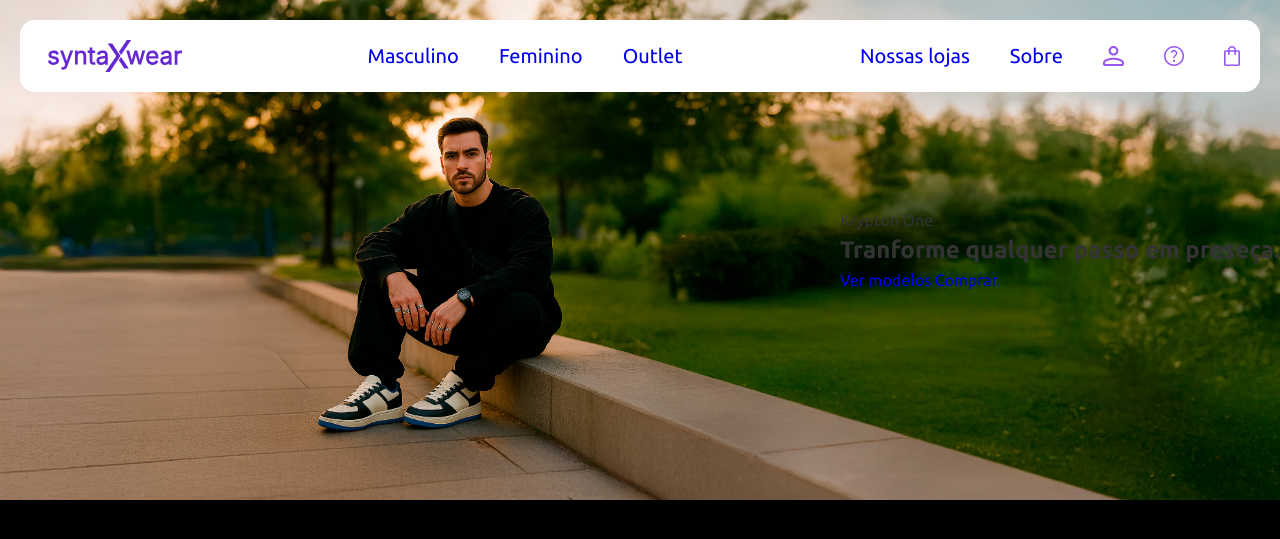
Repository: caique2512/ecommerce-syntaxwear
Page: index.html
An editor plug-in stored every save of this project. The page is shown before and after the next save, followed by the edit.
The browser window is 1280 px wide. The pictures show the whole page.

Above is the page before, as saved 2026-02-20 15:52:25.

### index.html
<!doctype html>
<html lang="pt-BR">
  <head>
    <meta charset="UTF-8" />
    <meta name="viewport" content="width=device-width, initial-scale=1.0" />
    <meta name="description" content="SyntaxWear - Loja de tênis online" />
    <title>SyntaxWear - Tênis e Sneakers Online</title>
    <link rel="stylesheet" href="./css/base/reset.css" />
    <link rel="stylesheet" href="./css/base/style.css" />
    <link rel="stylesheet" href="./css/base/variables.css" />

    <link rel="stylesheet" href="./css/components/header.css" />
    <link rel="stylesheet" href="./css/components/hero.css" />
  </head>
  <body>
    <!-- Header com Logo e Navegação -->
    <header class="header">
      <h1 class="logo">
        <a href="/" title="SyntaxWear - Tênis e Sneakers Online">
          <img
            src="./images/logo/logo.svg"
            alt="SyntaxWear - Tênis e Sneakers Online"
          />
        </a>
      </h1>
      <nav class="nav-center" aria-label="Categorias Principais">
        <ul>
          <li><a href="#">Masculino</a></li>
          <li><a href="#">Feminino</a></li>
          <li><a href="#">Outlet</a></li>
        </ul>
      </nav>

      <nav class="nav-right" aria-label="Menu Secundário">
        <ul>
          <li><a href="#">Nossas lojas</a></li>
          <li><a href="#">Sobre</a></li>
          <li>
            <a href="#" aria-label="Minha conta">
              <img src="./images/icons/user.svg" alt="Minha conta" />
            </a>
          </li>
          <li>
            <a href="#" aria-label="Ajuda">
              <img src="./images/icons/help.svg" alt="Ajuda" />
            </a>
          </li>
          <li>
            <a href="#" aria-label="Carrinho">
              <img src="./images/icons/bag.svg" alt="Carrinho" />
            </a>
          </li>
        </ul>
      </nav>
    </header>
    <main>
      <section class="hero">
        <div class="hero-overlay">
          <div class="hero-content">
            <span class="hero-subtitle">Krypton One</span>
            <h2 class="hero-title">Tranforme qualquer passo em preseça.</h2>
            <div class="hero-buttons">
              <a class="btn btn-outiline" href="#">Ver modelos</a>
              <a class="btn btn-filled" href="#">Comprar</a>
            </div>
          </div>
        </div>
      </section>
      <!-- Seção de Categorias de Tênis -->
      <section class="categories"></section>
      <!-- Seção de Produtos em Destaque -->
      <section class="featured-products"></section>
    </main>

    <!-- Footer -->
    <footer class="footer"></footer>

    <script src="js/main.js"></script>
  </body>
</html>

### css/base/reset.css
/* Reset baseado em Andy Bell - Modern CSS Reset */

/* Remove default margins e paddings */
*,
*::before,
*::after {
    margin: 0;
    padding: 0;
    box-sizing: border-box;
}

/* Remove default list styles */
ul[role="list"],
ol[role="list"] {
    list-style: none;
}

/* Body defaults */
body {
    min-height: 100vh;
    text-rendering: optimizeSpeed;
    line-height: 1.5;
}

/* Make images easier to work with */
img,
picture {
    max-width: 100%;
    display: block;
}

/* Inherit fonts for inputs and buttons */
input,
button,
textarea,
select {
    font: inherit;
}

/* Remove animations for people that prefer not to see them */
@media (prefers-reduced-motion: reduce) {
    *,
    *::before,
    *::after {
        animation-duration: 0.01ms !important;
        animation-iteration-count: 1 !important;
        transition-duration: 0.01ms !important;
        scroll-behavior: auto !important;
    }
}

/* A elements that don't have a class get default styles */
a:not([class]) {
    text-decoration-skip-ink: auto;
}

a {
    text-decoration: none;
}

ul,ol{
    list-style: none;
}
/* Remove all animations, transitions and smooth scroll for people that prefer not to see them */
@media (prefers-reduced-motion: reduce) {
    html:focus-within {
        scroll-behavior: auto;
    }

    *,
    *::before,
    *::after {
        animation-duration: 0.01ms !important;
        animation-iteration-count: 1 !important;
        transition-duration: 0.01ms !important;
    }
}

### css/base/style.css
body {
    font-family: var(--fonte-principal);
    color: #333333;
    background-color: black;
}

### css/base/variables.css
@import url('https://fonts.googleapis.com/css2?family=Ubuntu:ital,wght@0,300;0,400;0,500;0,700;1,300;1,400;1,500;1,700&display=swap');

:root {
    --fonte-principal: 'Ubuntu', sans-serif;
}

### css/components/header.css
.header {
    position: fixed;
    top: 20px;
    left: 50%;
    transform: translate(-50%);
    width: calc(100% - 40px);
    border-radius: 15px;
    z-index: 999;
    display: flex;
    justify-content: space-between;
    align-items: center;
    padding: 12px 20px;
    background-color: white;
}

.logo img {
    height: 48px;
}

.nav-center ul {
    display: flex;
    gap: 2.5rem;
}

.nav-center a, .nav-right {
    font-size: 1.25rem;
}

.nav-center a:hover, .nav-right:hover {
    color: #7c3aed;
}

.nav-right ul {
    display: flex;
    gap: 2.5rem;
    align-items: center;
}

.nav-right img {
    height: 20px;
}

.nav-right a:hover img {
    opacity: 0.7;
}

### css/components/hero.css
.hero {
    background: url(../../images/banners/hero.jpg) no-repeat center;
    background-size: cover;
    height: 500px;
    position: relative;
}

.hero-overlay {
    width: 100%;
    height: 100%;
    display: flex;
    align-items: center;
    justify-content: flex-end;
    padding: 0px;
}

.hero-content {

}

### js/main.js
/* ===================================
   MAIN.JS - Inicializações globais
   =================================== */

console.log('SyntaxWear - E-commerce carregado com sucesso');

// Suas inicializações globais aqui
// Exemplo: inicializar menu, carrinho, etc.

After the next save:
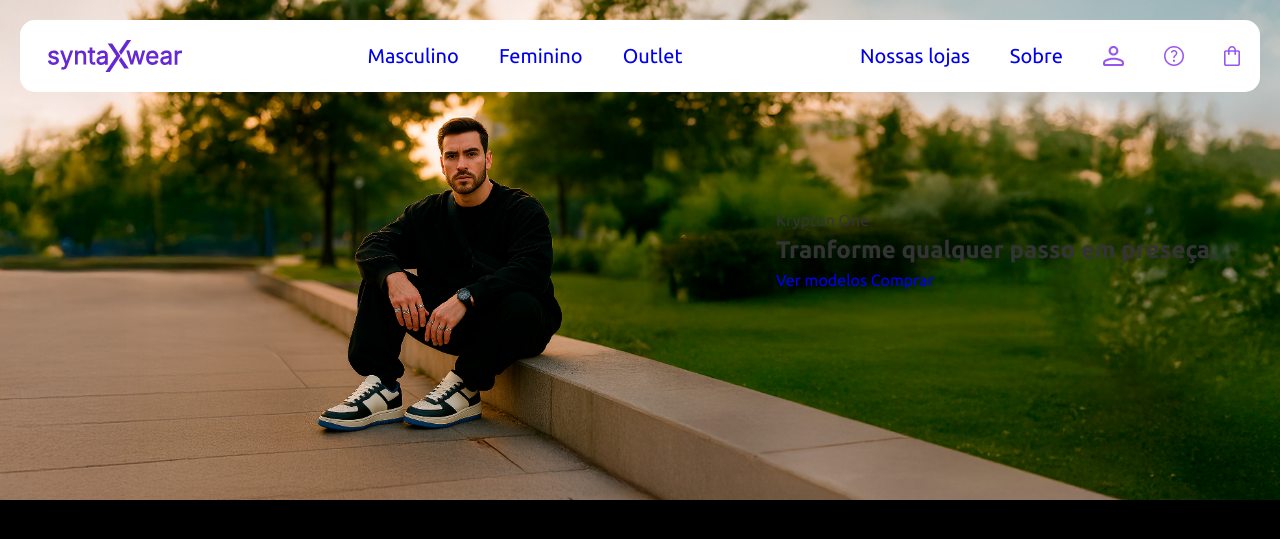
Saved 15 s later.
--- a/css/components/hero.css
+++ b/css/components/hero.css
@@ -11,7 +11,7 @@
     display: flex;
     align-items: center;
     justify-content: flex-end;
-    padding: 0px;
+    padding: 0 4rem;
 }
 
 .hero-content {
